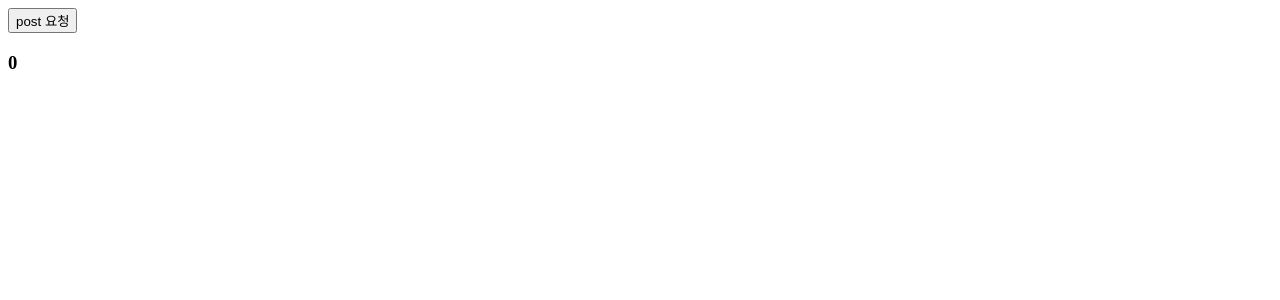
Repository: cwj2306/blog_project_2
Page: http://localhost/blog/test/ajaxtext3.jsp
These files come from the project's save history. The page is drawn as it stood at one moment and after the next save; the edit follows.
The browser window is 1280 px wide. The pictures show the whole page.
The page is served by Tomcat 9. Nobody is signed in. The application's start-up code is not run.

Above is the page before, as saved 2019-11-05 03:13:53.

After the next save:
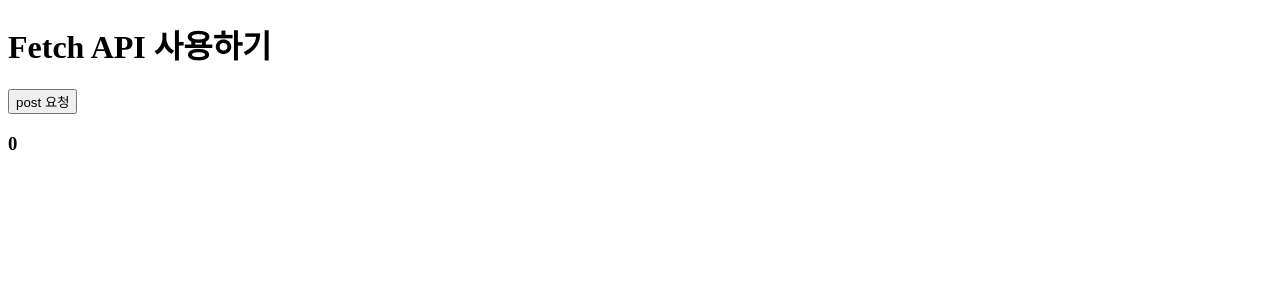
Saved 60 s later.
--- a/blog/WebContent/test/ajaxtext3.jsp
+++ b/blog/WebContent/test/ajaxtext3.jsp
@@ -7,6 +7,7 @@
 </head>
 <body>
 
+	<h1>Fetch API 사용하기</h1>
 	<button onclick="sendPost3()">post 요청</button>
 
 	<h3>
